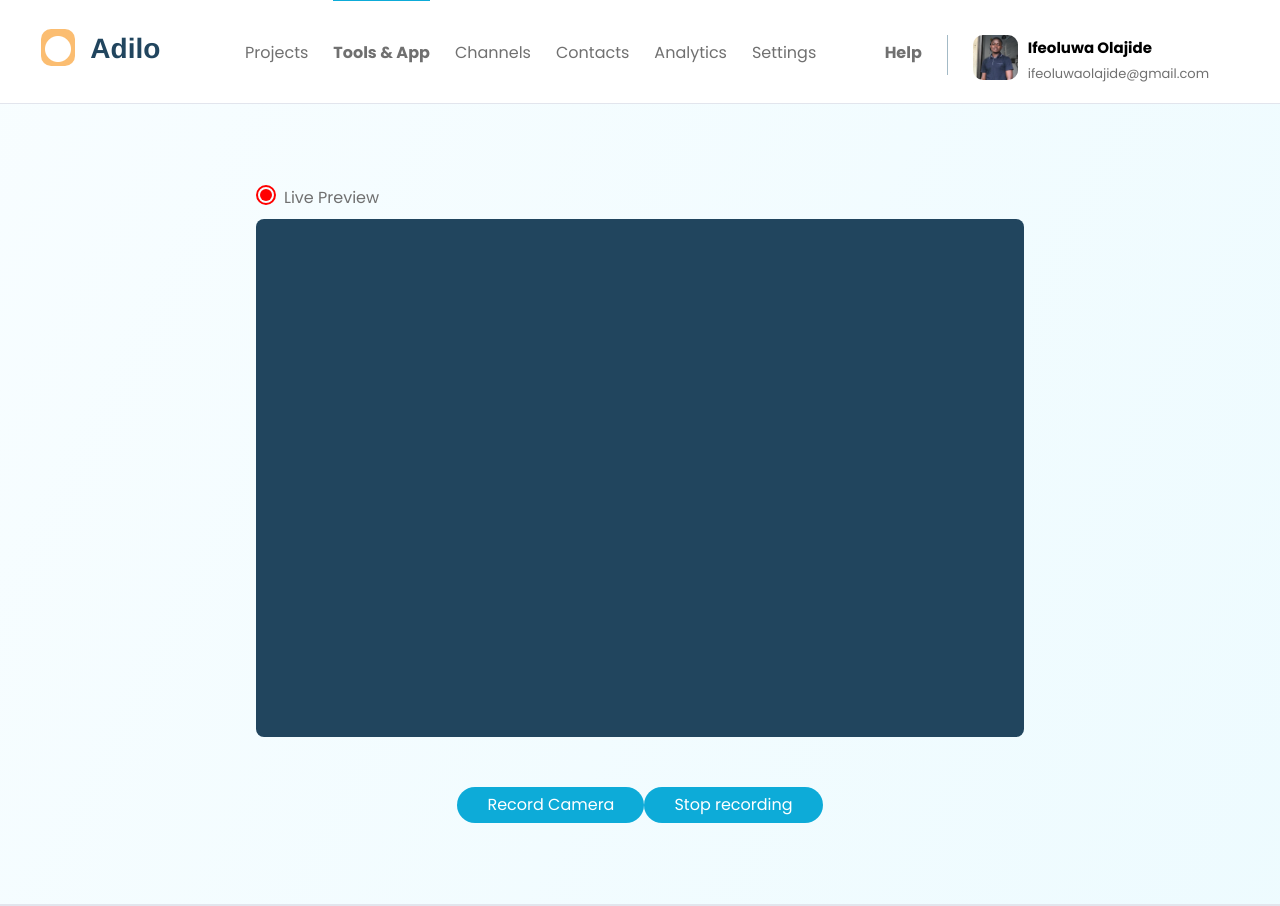
Repository: olhighjay/video_recorder
Page: /
An editor plug-in stored every save of this project. The page is shown before and after the next save, followed by the edit.
The browser window is 1280 px wide. The pictures show the whole page.
Some web libraries are served in a nearby version. The project was rebuilt for these pictures with package versions that can differ from the ones it lists, and the page was loaded fresh each time. Also part of the build but not shown: vue.config.js, src/components/DataTable.vue, src/components/EmptyRecorded.vue, src/components/DefLoader.vue.

Above is the page before, as saved 2022-07-29 19:58:55.

### public/index.html
<!DOCTYPE html>
<html lang="">
  <head>
    <meta charset="utf-8">
    <meta http-equiv="X-UA-Compatible" content="IE=edge">
    <meta name="viewport" content="width=device-width,initial-scale=1.0">
    <link rel="icon" href="<%= BASE_URL %>favicon.ico">
    <title><%= htmlWebpackPlugin.options.title %></title>
    <link rel="stylesheet" href="https://cdn.jsdelivr.net/npm/bootstrap@4.0.0/dist/css/bootstrap.min.css" integrity="sha384-Gn5384xqQ1aoWXA+058RXPxPg6fy4IWvTNh0E263XmFcJlSAwiGgFAW/dAiS6JXm" crossorigin="anonymous">
    <link rel="stylesheet" href="https://cdnjs.cloudflare.com/ajax/libs/font-awesome/6.1.2/css/all.min.css" integrity="sha512-1sCRPdkRXhBV2PBLUdRb4tMg1w2YPf37qatUFeS7zlBy7jJI8Lf4VHwWfZZfpXtYSLy85pkm9GaYVYMfw5BC1A==" crossorigin="anonymous" referrerpolicy="no-referrer" />
  </head>
  <body>
    <noscript>
      <strong>We're sorry but <%= htmlWebpackPlugin.options.title %> doesn't work properly without JavaScript enabled. Please enable it to continue.</strong>
    </noscript>
    <div id="app"></div>
    <!-- built files will be auto injected -->

    <script src="https://cdnjs.cloudflare.com/ajax/libs/font-awesome/6.1.2/js/all.min.js" integrity="sha512-8pHNiqTlsrRjVD4A/3va++W1sMbUHwWxxRPWNyVlql3T+Hgfd81Qc6FC5WMXDC+tSauxxzp1tgiAvSKFu1qIlA==" crossorigin="anonymous" referrerpolicy="no-referrer"></script>
    <script src="https://code.jquery.com/jquery-3.2.1.slim.min.js" integrity="sha384-KJ3o2DKtIkvYIK3UENzmM7KCkRr/rE9/Qpg6aAZGJwFDMVNA/GpGFF93hXpG5KkN" crossorigin="anonymous"></script>
    <script src="https://cdn.jsdelivr.net/npm/popper.js@1.12.9/dist/umd/popper.min.js" integrity="sha384-ApNbgh9B+Y1QKtv3Rn7W3mgPxhU9K/ScQsAP7hUibX39j7fakFPskvXusvfa0b4Q" crossorigin="anonymous"></script>
    <script src="https://cdn.jsdelivr.net/npm/bootstrap@4.0.0/dist/js/bootstrap.min.js" integrity="sha384-JZR6Spejh4U02d8jOt6vLEHfe/JQGiRRSQQxSfFWpi1MquVdAyjUar5+76PVCmYl" crossorigin="anonymous"></script>
  </body>
</html>

### src/App.vue
<template>
  <div>
    <navbar></navbar>
    <div id="main-flex">
      <div v-if="false" class="my-sidebar">
        <ul class="my-sidebar-items">
            <li class="sidebar-item-active"> <img src="./assets/video-player.png" alt=""> &nbsp; My Recordings</li>
            <li> <i class="fa fa-share-alt" style="color:#102346"></i> &nbsp; Requested</li>
        </ul>
      </div>
      <div v-if="false" class="my-main">
        <div class="my-main-container">
          <div><small class="breadcrumbs">Snapbyte <i class="fa fa-angle-right" style="font-weight:200"></i> My Recordings</small></div>
          <div class="subheading-tab">
            <div> <span class="my-recordings">My Recordings </span><span class="my-recordings-count">25</span> </div>
            <div>
              <button class="sub-heading-btn white-btn">
                <i class="fa fa-long-arrow-down" aria-hidden="true"></i>
                <i class="fa fa-long-arrow-up" aria-hidden="true"></i>
                By Date
              </button>
              <button class="sub-heading-btn white-btn">
                <i class="fa-solid fa-filter"></i>
                Add Filter
              </button>
              <button class="sub-heading-btn blue-btn">
                <i class="fa fa-video"></i>
                New Request
              </button>
              <button class="sub-heading-btn red-btn">
                <span class="rec">REC</span>
                Start Recording
              </button>
            </div>
          </div>

          <empty-recorded></empty-recorded>

          <data-table v-if="true"></data-table>
          <!-- Button trigger modal -->
<button type="button" class="btn btn-primary" data-toggle="modal" data-target="#recordOptions">
Launch demo modal
</button>

<!-- Modal -->
<div class="modal fade" id="recordOptions" tabindex="-1" role="dialog" aria-labelledby="recordOptions" aria-hidden="true">
<div class="modal-dialog modal-dialog-centered" role="document">
  <div class="modal-content">
    <div class="modal-header">
      <h5 class="my-modal-title">New Recording</h5>
      <button type="button" class="close" data-dismiss="modal" aria-label="Close">
        <span aria-hidden="true"><i class="fa fa-xmark"></i></span>
      </button>
    </div>
    <div class="modal-body">
      <p class="save-in">Save the recording in</p>
      <div>
        <select class="save-option">
          <Option value="" key="">Select a project</Option>
          <Option value="" key="">Project 1</Option>
          <Option value="" key="">Project 2</Option>
          <Option value="" key="">Project 3</Option>
          <Option value="" key="">Project 4</Option>
        </select>
      </div>
      <div style="margin-top: 35px;">
        <div class="record">
          <div class="record-name">Record screen</div>
          <div class="record-switch">
            <label class="switch">
              <input type="checkbox">
              <span class="slider round"></span>
            </label>
          </div>
        </div>
        <div class="record">
          <div class="record-name">Record camera</div>
          <div class="record-switch">
            <label class="switch">
              <input type="checkbox">
              <span class="slider round"></span>
            </label>
          </div>
        </div>
        <div class="record">
          <div class="record-name">Record mic</div>
          <div class="record-switch">
            <label class="switch">
              <input type="checkbox">
              <span class="slider round"></span>
            </label>
          </div>
        </div>
      </div>
    </div>
    <div class="text-center">
      <button type="button" class="start-recording-btn">Start Recording</button>
    </div>
  </div>
</div>
</div>
        </div>
      </div>
    </div>
    <div class="record-page">
      <div class="view-frame-wrapper">
        <div class="d-flex mb-2">
          <div class="live-icon-wrapper">
            <div class="live-icon" ></div>
          </div>
          <div class="ml-2">Live Preview</div>
        </div>
        <div class="view-frame">
          <div v-if="loading && !cameraMode" class="d-flex justify-content-center" style="padding-top:30%">
          <h3>Recording..</h3> &nbsp;&nbsp; <def-loader></def-loader>
          </div>
          <div v-if="myPermissionAccepted" style="height:100%">
          <!-- <div v-if="true" style="height:100%"> -->
            <video v-if="!recorded && cameraMode" muted id="my-video-feedback" class=" bg-black w-full h-auto"></video>
            <video v-show="recorded && readyToPlay" id="my-recorded-video" controls class="recorded-video bg-black w-full h-auto"></video>
          </div>
        </div>
        <div class="text-center start-recording-wrapper">
          <!-- <button @click="startScreenRecording" class="start-recording">Start recording</button> -->
          <button v-if="recordVideo" @click="startCamVideo()" class="start-recording">Record Camera</button>
          <!-- <button @click="stopAndSaveRecordingCamVideo(mediaVideoRec)" class="start-recording">Stop recording</button> -->
          <button @click="stopScreenRecording()" class="start-recording">Stop recording</button>
        </div>
      </div>
    </div>
  </div>
</template>

<script>
// import HelloWorld from './components/HelloWorld.vue'
import Navbar from './layouts/Navbar.vue'
import DataTable from '@/components/DataTable'
import EmptyRecorded from '@/components/EmptyRecorded'
import DefLoader from '@/components/DefLoader'

export default {
  name: 'App',
  components: {
    Navbar,
    DataTable,
    EmptyRecorded,
    DefLoader
  },
  data() {
    return {
      recorded: false,
      cameraMode: false,
      readyToPlay: false,
      loading: false,
      myPermissionAccepted: false,
      myStream: null,
      mediaVideoRec: null,

      stream: null,
      audio: null,
      mixedStream: null,
      chunks: [],
      recorder: null,
      recordedVideo: null,

      recordAudio: true,
      recordVideo: true,
      recordScreen: false,
    }
  },
  methods: {
    async startCamVideo() {
      this.recorded = false;
      this.readyToPlay = false;
      let vidRecordOptions = {
          // audio: false,
          // // audio: {
          // //     echoCancellation: true,
          // //     noiseSuppression: true,
          // // },
          video: {
              facingMode: "user",
          }
      };
      if(this.recordAudio) {
        vidRecordOptions.audio = {
          echoCancellation: true,
          noiseSuppression: true
        };
      }
      let mediaStreamObj = null;

      try{
        // Request access to use the mic and video
        mediaStreamObj = await navigator.mediaDevices.getUserMedia(vidRecordOptions)

          this.cameraMode = true;
        await this.updatePermit();
         //connect the media stream to the first video element
          let myVideo = document.getElementById('my-video-feedback');
          this.loading = false;
          // create a video url from the callback response object
          if ("srcObject" in myVideo) {
              myVideo.srcObject = mediaStreamObj;
          } else {
              //old version
              myVideo.src = window.URL.createObjectURL(mediaStreamObj);
          }
           //show in the video element what is being captured by device's camera
          myVideo.onloadedmetadata = function(ev) {
            ev;
              // automatically start playing what is being captured by device's camera
              myVideo.play();
          };
          await this.updateMyStream(mediaStreamObj);
      }
      catch(err) {
        err;
      }
    },
    updatePermit(){
      this.myPermissionAccepted = true;
    },
    async updateMyStream(mStream) {
      this.myStream = await mStream;
    },
    recordCamVideo() {
          // Initiate video recording
          let mediaRecorder = new MediaRecorder(this.myStream);
          this.mediaVideoRec = mediaRecorder;
          mediaRecorder.start();
          this.stopAndSaveRecordingCamVideo(mediaRecorder);
    },
    async stopAndSaveRecordingCamVideo(vidRecorder) {
      let vidSave = document.getElementById('my-recorded-video');
      let chunks = [];
      await vidRecorder.stop();
      vidRecorder.ondataavailable = await function(ev) {
        chunks.push(ev.data);
      };
      vidRecorder.onstop = (ev)=>{
          ev
          let blob = new Blob(chunks, { 'type' : 'video/mp4;' });
          chunks = [];
          let videoURL = window.URL.createObjectURL(blob);
          vidSave.src = videoURL;
      }
      this.cameraMode = false;
      this.recorded = true;
      this.readyToPlay = true;
    },
    async startScreenRecording() {
      // this.recorded = true;
      this.recordedVideo = document.getElementById('my-recorded-video');
      console.log(this.recordedVideo);
      await this.setupStream();
      let mixedStream;
      if(this.stream) {
        if (this.stream && this.audio) {
          mixedStream = new MediaStream([...this.stream.getTracks(), ...this.audio.getTracks()]);
        } else {
          mixedStream = new MediaStream(this.stream.getTracks());
        }
        this.recorder = await new MediaRecorder(mixedStream);
        this.recorder.ondataavailable = this.handleDataAvailable;
        this.recorder.onstop = this.handleStop;
        await this.recorder.start(1000);
      } else {
        console.warn('No stream available.');
      }
    },
    async setupStream () {
      try {
        this.stream = await navigator.mediaDevices.getDisplayMedia({
          video: { mediaSource: "screen" },
        });

        if(this.stream) {
          await this.updatePermit();
        }

        this.audio = await navigator.mediaDevices.getUserMedia({
          audio: {
            echoCancellation: true,
            noiseSuppression: true,
            sampleRate: 44100,
          },
        });

      } catch (err) {
        console.error(err)
      }
    },
    async handleDataAvailable (e) {
      await this.chunks.push(e.data);
    },
    async handleStop (e) {
      e;
      const blob = new Blob(this.chunks, { 'type' : 'video/mp4' });
      this.chunks = [];

      // downloadButton.href = URL.createObjectURL(blob);
      // downloadButton.download = 'video.mp4';
      // downloadButton.disabled = false;

      this.recordedVideo.src = URL.createObjectURL(blob);
      this.recordedVideo.load();
      this.recordedVideo.onloadeddata = function() {
        // const rc = document.querySelector(".recorded-video-wrap");
        // rc.classList.remove("hidden");
        // rc.scrollIntoView({ behavior: "smooth", block: "start" });

        this.recordedVideo.play();
      }

      this.stream.getTracks().forEach((track) => track.stop());
      this.audio.getTracks().forEach((track) => track.stop());

      console.log('Recording stopped');
    },
    async stopScreenRecording () {
      console.log('done');
      await this.recorder.stop();
      this.recorded = true;
      console.log(this.recordedVideo);
      console.log(this.recorder);

      // startButton.disabled = false;
      // stopButton.disabled = true;
    }

  },
  async created() {
    // window.removeEventListener('onload',this.recordVideo)
    this.recordedVideo = await document.getElementById('my-recorded-video');
    // await this.startScreenRecording();
    // this.startCamVideo();
  }
}
</script>


<style>
 @import url('https://fonts.googleapis.com/css2?family=Poppins:wght@400;500;700&display=swap');

#main-flex {
  display: flex;
  width: 100%;
}

.record-page {
  background: transparent linear-gradient(117deg, #0dacd85d 0%, #eafaff5d 0%, #d3f5fe65 100%) 0% 0% no-repeat padding-box;
  width: 100%;
  padding: 81px 20%;
}
.view-frame-wrapper {
  margin: 0 auto;
  max-width: 965px;
}
.view-frame {
  height: 518px;
  background: #21455E 0% 0% no-repeat padding-box;
  border-radius: 8px;
}
.live-icon-wrapper {
  border: 2px solid red;
  border-radius: 50%;
  height:20px;
  width:20px;
}
.live-icon {
  background-color:red;
  border-radius: 50%;
  height:12px;
  width:12px;
  margin: 10% auto;
}
.start-recording-wrapper {
  margin-top: 50px;
}
.start-recording {
  padding: 5px 30px;
  background: #0DABD8 0% 0% no-repeat padding-box;
  border-radius: 32px;
  border: none;
  color: #fff;
}



.my-sidebar {
  flex: 0 0 240px;
  /* width: 20%; */
  /* height: 100%; */
  background-color: #ebf2f656;
  border-right: 2px solid #21455e54;
  /* border-right: 2px solid #21455E; */
  /* width:250px; */
}
.my-sidebar-items {
  list-style: none;
  padding: 20px 0;
}
.my-sidebar-items>li {
  margin : 10px 12px 10px 18px;
  padding: 7px 20px ;
}
.sidebar-item-active {
  background-color: #E2E5ED;
  border: 2px solid #0DABD838;
  border-radius: 10px;
}





.my-main {
  flex: 1;
  flex-wrap: wrap;
}
.my-main-container {
  padding: 1.5% 8.5%;
}
.subheading-tab {
  display: flex;
  justify-content: space-between;
}
.sub-heading-btn {
  padding: 3px 15px;
  border-radius: 20px;
  margin-left: 15px;
  font-size: 14px;
}
.white-btn {
  border: 1px solid #E2E5ED;
  background-color: white;
  color: #637C8E;
}
.blue-btn {
  border: none;
  background-color: #0DABD8;
  color: #fff;
}
.red-btn {
  border: none;
  background-color: #EF5350;
  color: #fff;
}
.my-recordings, .my-recordings-count {
  font-size: 24px;
  color: #000
}
.my-recordings {
  color: #000
}
.my-recordings-count {
  color: #637C8E;
  font-weight: 600;
}
.breadcrumbs {
  color:#637C8E;
}
.rec {
  color:#000;
  background-color:#fff;
  border-radius:50%;
  padding:3px 1px;
  font-size:10px;
}



.save-option {
  width:100%;
  background: #F8FAFB 0% 0% no-repeat padding-box;
  border: 1px solid #E2E5ED;
  border-radius: 8px;
  padding:8px 20px;
}
.modal-dialog {
  max-width: 400px !important;
}
.modal-content {
  padding-bottom: 30px !important;
}
.modal-body {
  padding:30px !important;
}
.my-modal-title {
  color:#000;
  font-size: 22px;
  padding-left: 14px;
}
.record {
  margin-top: 15px;
  display: flex;
  justify-content: space-between;
}
.record-name {
  color: #21455E;
  font-size: 18px;
}
.save-in {
  color:black;
  font-size:16px;
}
.start-recording-btn {
  background: #0DABD8 0% 0% no-repeat padding-box;
  border-radius: 28px;
  font-size:18px;
  padding:5px 55px;
  border: none;
  color:#fff;
}


.switch {
  position: relative;
  top: 10px;
  display: inline-block;
  width: 50px;
  height: 13px;
}

.switch input {
  opacity: 0;
  width: 0;
  height: 0;
}

.slider {
  position: absolute;
  cursor: pointer;
  top: -10px;
  left: 0;
  right: 0;
  bottom: 0;
  background-color: #ccc;
  -webkit-transition: .4s;
  transition: .4s;
}

.slider:before {
  position: absolute;
  content: "";
  height: 15px;
  width: 15px;
  left: 4px;
  bottom: 4px;
  background-color: white;
  -webkit-transition: .4s;
  transition: .4s;
}

input:checked + .slider {
  background-color: #1bd85a;
}

input:focus + .slider {
  box-shadow: 0 0 1px #1bd85a;
}

input:checked + .slider:before {
  -webkit-transform: translateX(26px);
  -ms-transform: translateX(26px);
  transform: translateX(26px);
}

/* Rounded sliders */
.slider.round {
  border-radius: 34px;
}

.slider.round:before {
  border-radius: 50%;
}


button:hover {
  cursor: pointer;
}
#app {
  font-family: Avenir, Helvetica, Arial, sans-serif;
  font: normal normal normal 14px/26px Poppins;
  -webkit-font-smoothing: antialiased;
  -moz-osx-font-smoothing: grayscale;
   /* text-align: center; */
   font-size: 16px;
  color: #707070;
  border-bottom: solid 2px #E2E5ED;
  overflow: hidden;
  /* margin-top: 60px;  */
}

#my-video-feedback::-webkit-media-controls-volume-slider {
        display: none;
}
#my-video-feedback::-webkit-media-controls-mute-button {
        display: none;
}
#my-video-feedback, #my-recorded-video {
  width:100%;
  height:100%;
}


</style>

Loaded but not shown: src/main.js (common file); src/layouts/Navbar.vue (126 lines, source omitted)

After the next save:
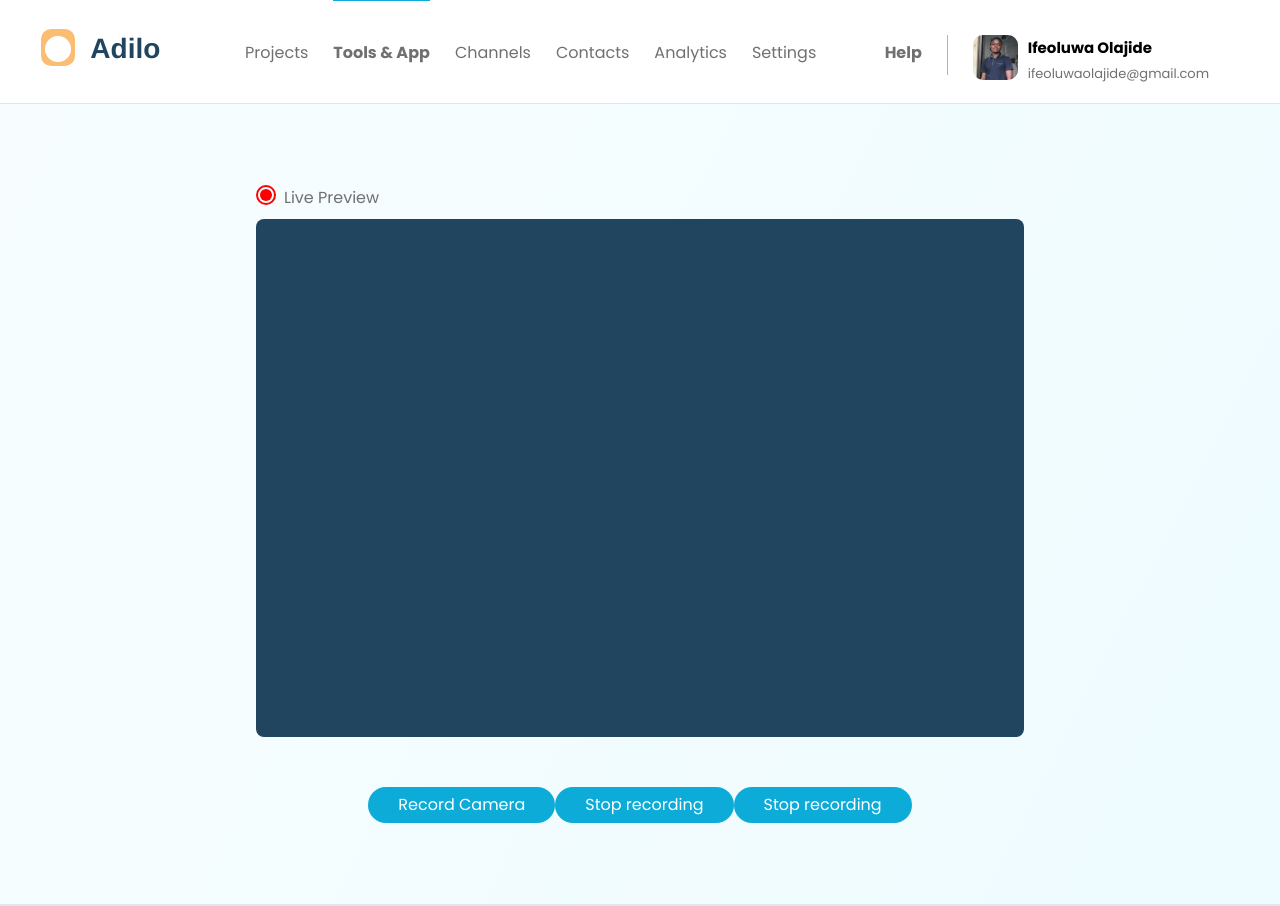
Saved 3 min 15 s later.
--- a/src/App.vue
+++ b/src/App.vue
@@ -123,6 +123,7 @@ Launch demo modal
         <div class="text-center start-recording-wrapper">
           <!-- <button @click="startScreenRecording" class="start-recording">Start recording</button> -->
           <button v-if="recordVideo" @click="startCamVideo()" class="start-recording">Record Camera</button>
+          <button @click="stopAndSaveRecordingCamVideo(mediaVideoRec)" class="start-recording">Stop recording</button>
           <!-- <button @click="stopAndSaveRecordingCamVideo(mediaVideoRec)" class="start-recording">Stop recording</button> -->
           <button @click="stopScreenRecording()" class="start-recording">Stop recording</button>
         </div>
@@ -213,6 +214,7 @@ export default {
               myVideo.play();
           };
           await this.updateMyStream(mediaStreamObj);
+          await this.recordCamVideo();
       }
       catch(err) {
         err;
@@ -229,7 +231,6 @@ export default {
           let mediaRecorder = new MediaRecorder(this.myStream);
           this.mediaVideoRec = mediaRecorder;
           mediaRecorder.start();
-          this.stopAndSaveRecordingCamVideo(mediaRecorder);
     },
     async stopAndSaveRecordingCamVideo(vidRecorder) {
       let vidSave = document.getElementById('my-recorded-video');

After the save that followed:
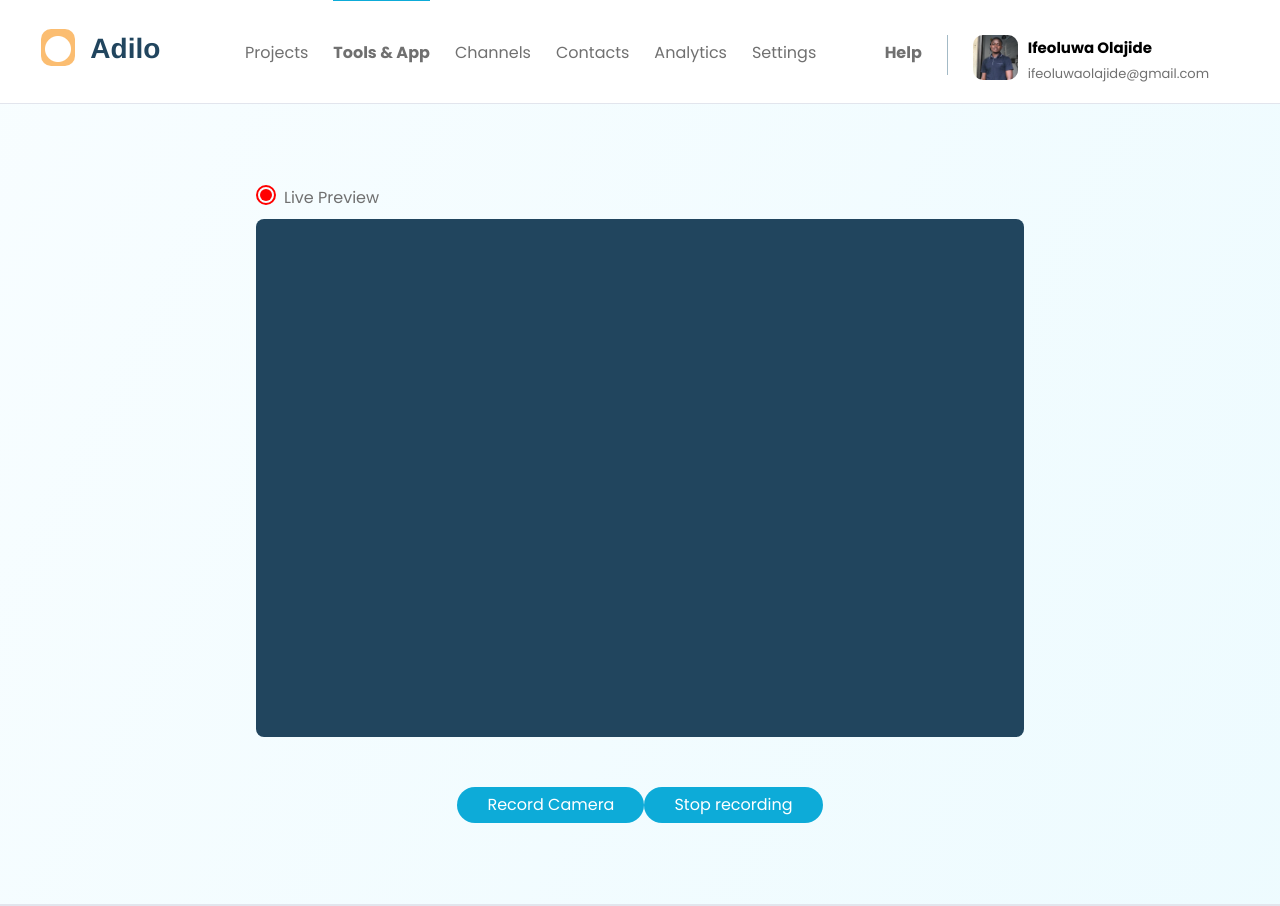
Saved 9 s later.
--- a/src/App.vue
+++ b/src/App.vue
@@ -125,7 +125,7 @@ Launch demo modal
           <button v-if="recordVideo" @click="startCamVideo()" class="start-recording">Record Camera</button>
           <button @click="stopAndSaveRecordingCamVideo(mediaVideoRec)" class="start-recording">Stop recording</button>
           <!-- <button @click="stopAndSaveRecordingCamVideo(mediaVideoRec)" class="start-recording">Stop recording</button> -->
-          <button @click="stopScreenRecording()" class="start-recording">Stop recording</button>
+          <!-- <button @click="stopScreenRecording()" class="start-recording">Stop recording</button> -->
         </div>
       </div>
     </div>
